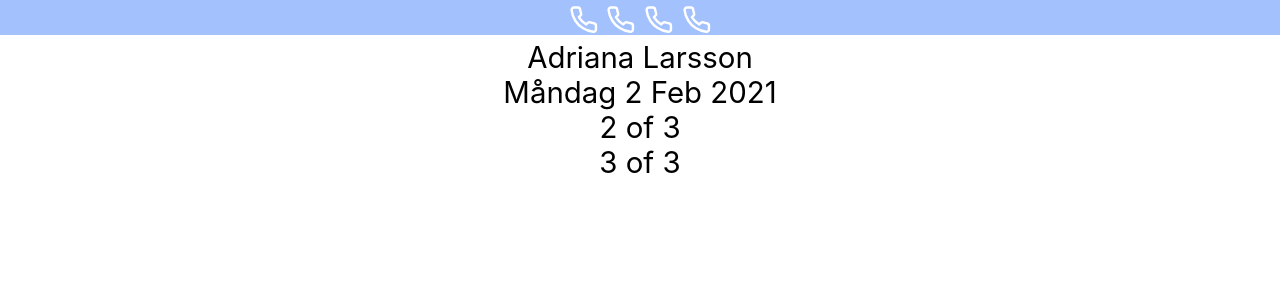
Repository: AdrianaLarsson/learning-react-adriana
Page: /
These files come from the project's save history. The page is drawn as it stood at one moment and after a run of saves; the edit follows.
The browser window is 1280 px wide. The pictures show the whole page.
The project was rebuilt for these pictures with package versions that can differ from the ones it lists, and the page was loaded fresh each time. Also part of the build but not shown: src/components/pixiLearn/pixi-learning.js, src/components/pixiLearn/reactTimline/timelinegant.js.

Above is the page before, as saved 2021-02-17 13:22:48.

### src/App.js
import './App.css';
import PixiLearning from './components/pixiLearn/pixi-learning'
import TimeLineGant from './components/pixiLearn/reactTimline/timelinegant'
import SjWaypoint from './components/pixiLearn/waypoint-mobile/sjwaypiont'

function App() {
  return (
    <div className="App">
      <header className="App-header">
       {/*  <TimeLineGant/> */}

           {/*   <PixiLearning/> */}
           <SjWaypoint/>
      </header>
    </div>
  );
}

export default App;

### src/App.css
.App {
  text-align: center;
}

.navbar {
  background-color: #a2c1fd;
  height: 30px;
  padding-top: 5px;
  display: flex;
  flex-direction: column;
  align-items: center;
  font-size: calc(15px + 2vmin);
  color: white;
}
.box{
  background-color: #ffffff;
  height: 30px;
  padding-top: 5px;
  display: flex;
  flex-direction: column;
  align-items: center;
  font-size: calc(15px + 2vmin);
  color: rgb(0, 0, 0);

}

/* .App {
  text-align: center;
}

.App-logo {
  height: 40vmin;
  pointer-events: none;
}

@media (prefers-reduced-motion: no-preference) {
  .App-logo {
    animation: App-logo-spin infinite 20s linear;
  }
}

.App-header {
  background-color: #282c34;
  min-height: 100vh;
  display: flex;
  flex-direction: column;
  align-items: center;
  justify-content: center;
  font-size: calc(10px + 2vmin);
  color: white;
}

.App-link {
  color: #61dafb;
}

@keyframes App-logo-spin {
  from {
    transform: rotate(0deg);
  }
  to {
    transform: rotate(360deg);
  }
}
 */

### src/components/pixiLearn/waypoint-mobile/sjwaypiont.js
import React from 'react'
import Navbaren from './navbaren'
import BoxNameDayTime from './box-name-day-time'

function sjwaypiont() {
    return (
        <div>
          <Navbaren/>
            <BoxNameDayTime/>
        </div>
    )
}

export default sjwaypiont

### src/components/pixiLearn/waypoint-mobile/navbaren.js
import React from 'react'
import { FiPhone } from "react-icons/fi";


function navbaren() {
    return (
      <div className="navbar">
          <div className="navbar-container container">
           <FiPhone /> <FiPhone /> <FiPhone /> <FiPhone />
          </div>

      </div>
    )
}

export default navbaren

### src/components/pixiLearn/waypoint-mobile/box-name-day-time.js
import React from 'react'
import Container from "react-bootstrap/Container";
import Row from "react-bootstrap/Row";
import Col from "react-bootstrap/Col"

function boxNameDayTime() {
    return (
<Container className="box">
  <Row>
    <Col>Adriana Larsson</Col>
    <Col>Måndag 2 Feb 2021</Col>
  </Row>
  <Row>
    <Col></Col>
    <Col>2 of 3</Col>
    <Col>3 of 3</Col>
  </Row>
</Container>

    )
}

export default boxNameDayTime;

Loaded but not shown: public/index.html (common file); src/index.js (common file); src/index.css (common file); src/reportWebVitals.js (common file)

After the next 4 saves:
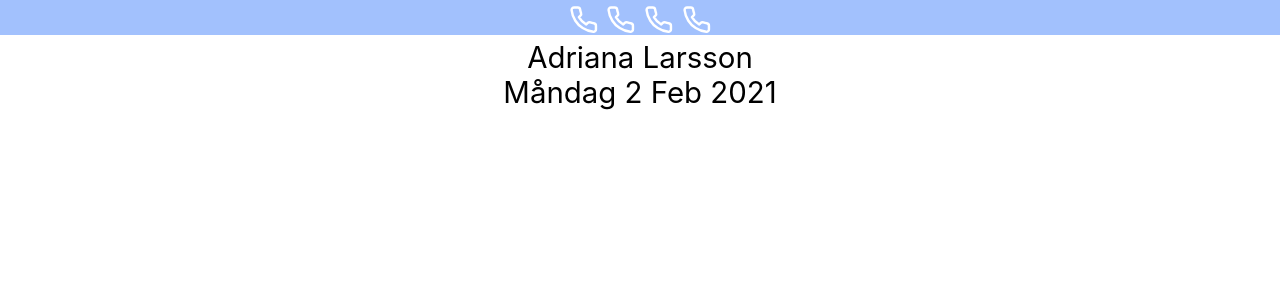
The 4 saves are shown as one change because they came seconds apart.
The last was saved 14 s later.
--- a/src/components/pixiLearn/waypoint-mobile/box-name-day-time.js
+++ b/src/components/pixiLearn/waypoint-mobile/box-name-day-time.js
@@ -10,11 +10,6 @@ function boxNameDayTime() {
     <Col>Adriana Larsson</Col>
     <Col>Måndag 2 Feb 2021</Col>
   </Row>
-  <Row>
-    <Col></Col>
-    <Col>2 of 3</Col>
-    <Col>3 of 3</Col>
-  </Row>
 </Container>
 
     )
